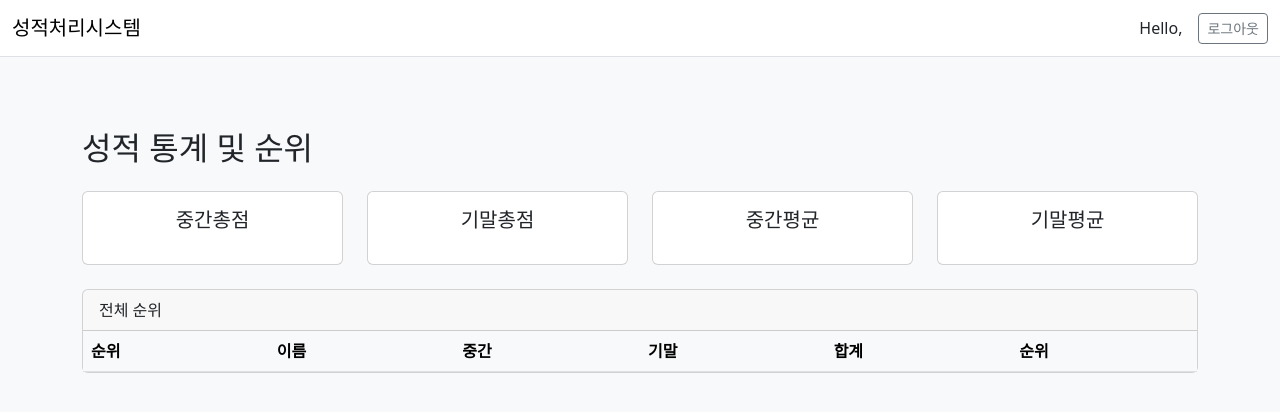
Repository: ddihn/practice-spring
Page: http://localhost/lab0611/WEB-INF/views/userDashboard.jsp
These files come from the project's save history. The page is drawn as it stood at one moment and after the next save; the edit follows.
The browser window is 1280 px wide. The pictures show the whole page.
The page is served by Tomcat 9. Nobody is signed in. Other server files are loaded and not shown. The template is opened directly, without the code that normally fills it, so the values that code supplies are empty.

Above is the page before, as saved 2025-06-12 08:14:59.

### lab0611/src/main/webapp/WEB-INF/views/userDashboard.jsp
<%@ page contentType="text/html; charset=UTF-8" %>
<%@ taglib uri="http://java.sun.com/jsp/jstl/core" prefix="c" %>
<!DOCTYPE html>
<html lang="ko">
<head>
  <meta charset="UTF-8"/>
  <meta name="viewport" content="width=device-width, initial-scale=1"/>
  <title>사용자 대시보드</title>
  <link
    href="https://cdn.jsdelivr.net/npm/bootstrap@5.3.0/dist/css/bootstrap.min.css"
    rel="stylesheet"/>
</head>
<body class="bg-light">
<nav class="navbar navbar-light bg-white border-bottom mb-4">
  <div class="container-fluid d-flex justify-content-between align-items-center">
    <!-- 로고 / 브랜드 -->
    <a class="navbar-brand" href="${pageContext.request.contextPath}/dashboard">
      성적처리시스템
    </a>
    <!-- 항상 보이는 우측 메뉴 -->
    <div class="d-flex align-items-center">
      <span class="me-3">Hello, ${sessionScope.loginId}</span>
      <a class="btn btn-outline-secondary btn-sm"
         href="${pageContext.request.contextPath}/logout">
        로그아웃
      </a>
    </div>
  </div>
</nav>
<div class="container py-5">
  <h2 class="mb-4">성적 통계 및 순위</h2>

  <div class="row mb-4">
    <div class="col-md-3">
      <div class="card text-center">
        <div class="card-body">
          <h5>중간총점</h5>
          <p class="display-6">${sumMid}</p>
        </div>
      </div>
    </div>
    <div class="col-md-3">
      <div class="card text-center">
        <div class="card-body">
          <h5>기말총점</h5>
          <p class="display-6">${sumFin}</p>
        </div>
      </div>
    </div>
    <div class="col-md-3">
      <div class="card text-center">
        <div class="card-body">
          <h5>중간평균</h5>
          <p class="display-6">${avgMid}</p>
        </div>
      </div>
    </div>
    <div class="col-md-3">
      <div class="card text-center">
        <div class="card-body">
          <h5>기말평균</h5>
          <p class="display-6">${avgFin}</p>
        </div>
      </div>
    </div>
  </div>

  <!-- 순위 테이블 -->
  <div class="card">
    <div class="card-header">전체 순위</div>
    <div class="card-body p-0">
      <table class="table table-hover mb-0">
        <thead class="table-light">
          <tr>
            <th>순위</th>
            <th>이름</th>
            <th>중간</th>
            <th>기말</th>
            <th>합계</th>
            <th>순위</th>
          </tr>
        </thead>
        <tbody>
        <c:forEach var="s" items="${rankList}">
          <tr>
          	<td>${s.rank}</td>
            <td>${s.name}</td>
            <td>${s.midScore}</td>
            <td>${s.finScore}</td>
            <td>${s.midScore + s.finScore}</td>
          </tr>
        </c:forEach>
        </tbody>
      </table>
    </div>
  </div>
</div>

<script
  src="https://cdn.jsdelivr.net/npm/bootstrap@5.3.0/dist/js/bootstrap.bundle.min.js"></script>
</body>
</html>

After the next save:
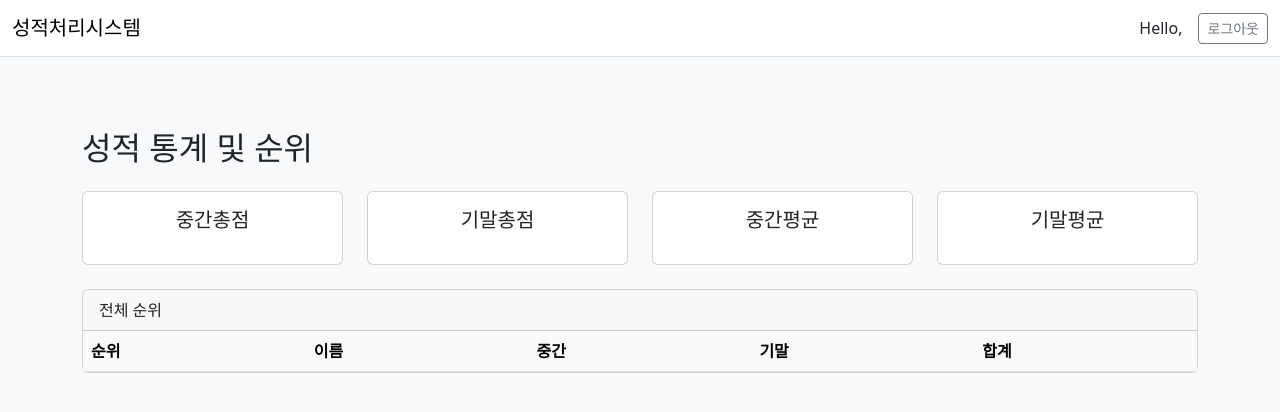
Saved 33 s later.
--- a/lab0611/src/main/webapp/WEB-INF/views/userDashboard.jsp
+++ b/lab0611/src/main/webapp/WEB-INF/views/userDashboard.jsp
@@ -77,7 +77,6 @@
             <th>중간</th>
             <th>기말</th>
             <th>합계</th>
-            <th>순위</th>
           </tr>
         </thead>
         <tbody>
